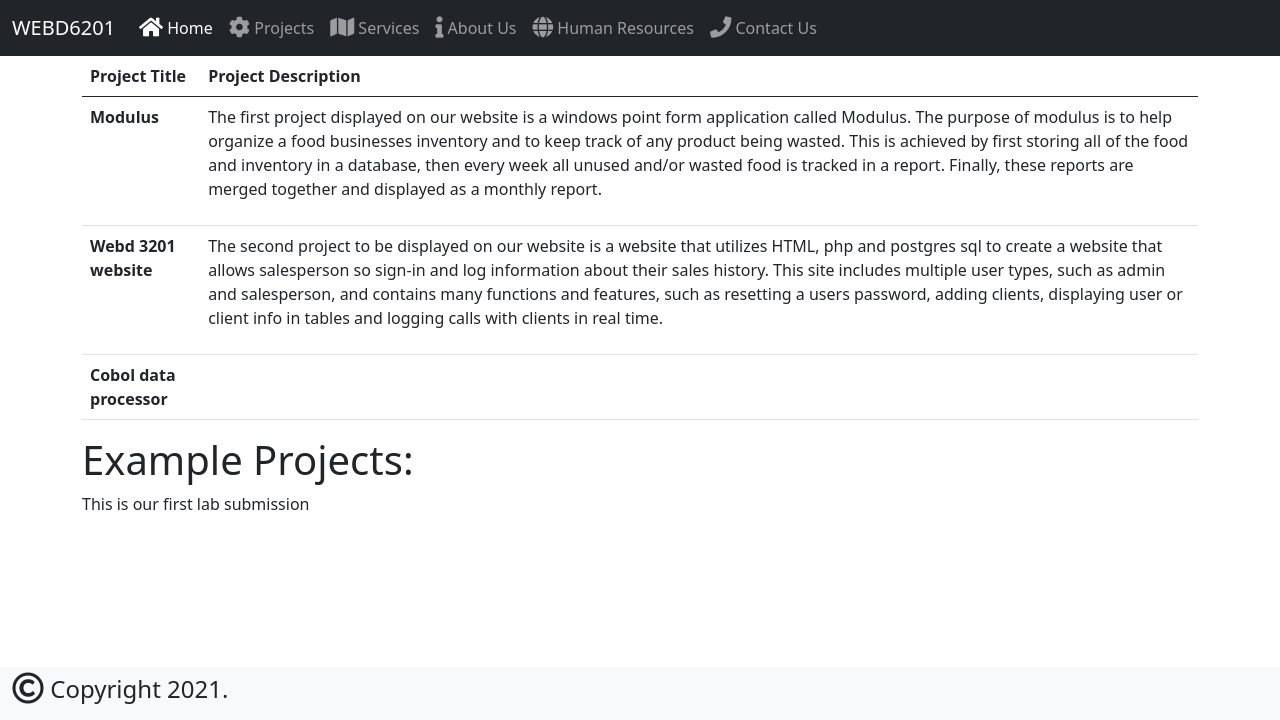
Repository: Sub4Sub/Lab_1
Page: products.html
The author's editor kept a copy of each file at every save. The page is drawn from the files as they stood at one save, then again after the next save.
The browser window is 1280 px wide. The pictures show the whole page.

Above is the page before, as saved 2021-02-05 16:25:07.

### products.html
<!DOCTYPE html>
<html lang="en">
<head>
    <meta charset="UTF-8">
    <meta name="viewport" content="width=device-width, initial-scale=1.0">
    <title>Products</title>
    <!-- CSS Section -->
    <link rel="stylesheet" href="./node_modules/bootstrap/dist/css/bootstrap.min.css">
    <link rel="stylesheet" href="./node_modules/@fortawesome/fontawesome-free/css/all.min.css">
    <link rel="stylesheet" href="./Content/app.css">
</head>
<body>
    <!-- Main Header -->

    <!-- Main Content -->
    <main class="container">
      <table class="table">
        <thead>
          <tr>
            <th scope="col">Project Title</th>
            <th scope="col">Project Description</th>
          </tr>
        </thead>
        <tbody>
          <tr>
            <th scope="row">Modulus</th>
            <td>
              <p>
                The first project displayed on our website is a windows point form application called Modulus. The purpose of modulus is to
                help organize a food businesses inventory and to keep track of any product being wasted. This is achieved by first storing all of
                the food and inventory in a database, then every week all unused and/or wasted food is tracked in a report. Finally,
                these reports are merged together and displayed as a monthly report.
              </p>
            </td>
          </tr>
          <tr>
            <th scope="row">Webd 3201 website</th>
            <td>
              <p>
                The second project to be displayed on our website is a website that utilizes HTML, php and postgres sql to create a website that
                 allows salesperson so sign-in and log information about their sales history. This site includes multiple user types, such as admin
                 and salesperson, and contains many functions and features, such as resetting a users password, adding clients, displaying user or client info in tables and
                 logging calls with clients in real time.
              </p>
            </td>
          </tr>
          <tr>
            <th scope="row">Cobol data processor</th>
            <td>

            </td>
          </tr>
        </tbody>
      </table>
    </main>



    <!-- Script Section-->
    <script src="./node_modules/jquery/dist/jquery.min.js"></script>
    <script src="./node_modules/bootstrap/dist/js/bootstrap.bundle.min.js"></script>
    <script src="./Scripts/app.js"></script>
</body>
</html>

### Scripts/app.js
/*
* Name: Brett Tindall & Emeka Okoisama
* Student Id: 100708109 &
* Date Completed: 2021-02-05
*/

"use strict";

//IIFE - Immediately Invoked Function Expression
(function()
{

    /*
      Function that displays the home page's content
    */
    function displayHome()
    {
        let indexHeading = document.createElement("h1");

        indexHeading.setAttribute("id", "indexHeading");
        indexHeading.textContent = `Welcome to lab 1`;

        let mainContent = document.querySelector("main");
        mainContent.appendChild(indexHeading);

        let newDivTag = document.createElement("div");
        newDivTag.innerHTML =
        `<h4>By Brett Tindall and Emeka Okoisama</h4>
        <p id="paragraphThree"> This is our first lab submission </p>`;


        mainContent.append(newDivTag);


    }

    function displayProjects()
    {
        let projectHeading = document.createElement("h1");

        projectHeading.setAttribute("id", "projectHeading");
        projectHeading.textContent = `Example Projects:`;

        let mainContent = document.querySelector("main");
        mainContent.appendChild(projectHeading);

        let newDivTag = document.createElement("div");
        newDivTag.innerHTML =
        `<p id="paragraphThree"> This is our first lab submission </p>`;


        mainContent.append(newDivTag);


    }

    /*
      Function that displays the contact page's content
    */
    function displayContact()
    {
      let contactHeading = document.createElement("h1");

      contactHeading.setAttribute("id", "contactHeading");
      contactHeading.textContent = "Enter a Contact";

      let mainContent = document.querySelector("main");
      mainContent.appendChild(contactHeading);

      let newDivTag = document.createElement("div");
      newDivTag.innerHTML =
      `<div id="messageArea"></div>

      <div class="row justify-content-lg-center g-3">
        <form class="col-lg-6 col-md-10 col-sm-10">

          <div class="input-group mb-3">
            <span class="input-group-text" id="inputGroup-sizing-default">Full Name </span>
            <input id="fullName" type="text" class="form-control" aria-label="Full Name" aria-describedby="Full Name Input"
            name="fullName" required>
          </div>

          <div class="input-group mb-3">
            <span class="input-group-text" id="inputGroup-sizing-default">Contact Number</span>
            <input id="contactNumber" type="tel" class="form-control" aria-label="Contact Number" aria-describedby="Contact Number Input"
            name="contactNumber" required>
          </div>

          <div class="input-group mb-3">
            <span class="input-group-text" id="inputGroup-sizing-default">Email</span>
            <input id="emailAddress" type="email" class="form-control" aria-label="Email Address" aria-describedby="Email Address Input"
            name="emailAddress" required>
          </div>

          <button id="sendButton" type="submit" class="btn btn-primary"><i class="fas fa-envelope fa-lg"></i> Send</button>
          <button id="cancelButton" type="reset" class="btn btn-warning"><i class="fas fa-undo fa-lg"></i> Cancel</button>
        </form>
      </div>`;

      mainContent.append(newDivTag);


      let sendButton = document.getElementById("sendButton");

        sendButton.addEventListener("click", function(event){

          window.location.href = './index.html';

        });

    }

    /*
      Function that displays the fixed footer at the bottom of the page
    */
   function displayHeader()
   {
     let mainContent = document.querySelector("body");

     //let sendButton = document.getElementById("body");

     let newFooterTag = document.createElement("header");

     newFooterTag.innerHTML =
     `
     <header>
      <!-- Main Navigation -->
      <nav class="navbar navbar-expand-lg navbar-dark bg-dark">
          <div class="container-fluid">
            <a class="navbar-brand" href="index.html">WEBD6201</a>
            <button class="navbar-toggler" type="button" data-bs-toggle="collapse" data-bs-target="#navbarSupportedContent" aria-controls="navbarSupportedContent" aria-expanded="false" aria-label="Toggle navigation">
              <span class="navbar-toggler-icon"></span>
            </button>
            <div class="collapse navbar-collapse" id="navbarSupportedContent">
              <ul class="navbar-nav me-auto mb-2 mb-lg-0" id ="headerList">
                <li class="nav-item">
                  <a class="nav-link active" aria-current="page" href="index.html"><i class="fas fa-home fa-lg"></i> Home</a>
                </li>

                <li class="nav-item">
                  <a class="nav-link" id="productsLink" aria-current="page" href="products.html"><i class="fas fa-cog fa-lg"></i> Products</a>
                </li>

                <li class="nav-item">
                  <a class="nav-link" aria-current="page" href="services.html"><i class="fas fa-map fa-lg"></i> Services</a>
                </li>

                <li class="nav-item" id="aboutUsList">
                  <a class="nav-link" id="aboutUsLink" aria-current="page" href="about.html"><i class="fas fa-info fa-lg"></i> About Us</a>
                </li>

                <li class="nav-item">
                  <a class="nav-link" aria-current="page" href="contact.html"><i class="fas fa-phone fa-lg"></i> Contact Us</a>
                </li>
              </ul>
            </div>
          </div>
        </nav>
  </header>
     `

     mainContent.prepend(newFooterTag);

   }

    /*
      Function that displays the fixed footer at the bottom of the page
    */
    function displayFooter()
    {
      let mainContent = document.querySelector("main");

      let newFooterTag = document.createElement("footer");

      newFooterTag.innerHTML =
      `
      <footer>
        <nav class="navbar fixed-bottom navbar-light bg-light">
            <div class="container-fluid">
              <h4><i class="far fa-copyright fa-lg"></i> Copyright 2021.</h4>
            </div>
          </nav>
    </footer>
      `

      mainContent.append(newFooterTag);

    }

    /*
      Function that adds a button to the human resources page
    */
    function addHumanResourcesButton()
    {

      let aboutUsLink = document.getElementById("aboutUsList");

      let newListItem = document.createElement("li");

      newListItem.innerHTML =
      `
      <li class="nav-item">
        <a class="nav-link" id="HumanResourcesLink" aria-current="page" href="human-resources.html"><i class="fas fa-globe fa-lg"></i> Human Resources</a>
      </li>
      `

      aboutUsLink.after(newListItem);

    }

    /*
      Function that changes the products button's text to projects
    */
   function alterProductsButton()
   {

    let productsButton = document.getElementById("headerList").childNodes[3];

    //productsButton.textContent = "Projects";

    let newListItem = document.createElement("li");

    newListItem.innerHTML =
   `
   <li class="nav-item">
               <a class="nav-link" aria-current="page" href="products.html"><i class="fas fa-cog fa-lg"></i> Projects</a>
             </li>
   `

    productsButton.replaceChild(newListItem, productsButton.childNodes[1]);

   }

   /*
      Function that run when the page loads
    */
    function Start()
    {
        console.log("App Started...");

        displayHeader();

        alterProductsButton();

        addHumanResourcesButton();

        switch (document.title)
        {
          case "Home":
              displayHome();
            break;
          case "About":
              displayAbout();
            break;
          case "Products":
              displayProjects();
            break;
          case "Services":
              displayServices();
            break;
          case "Contact":
              displayContact();
            break;
        }

    }

    displayFooter();

    window.addEventListener("load", Start);

})();

Loaded but not shown: node_modules/bootstrap/dist/css/bootstrap.min.css (library); node_modules/@fortawesome/fontawesome-free/css/all.min.css (library); node_modules/jquery/dist/jquery.min.js (library); node_modules/bootstrap/dist/js/bootstrap.bundle.min.js (library); Content/app.css (no stored copy; drawn as an empty file)

After the next save:
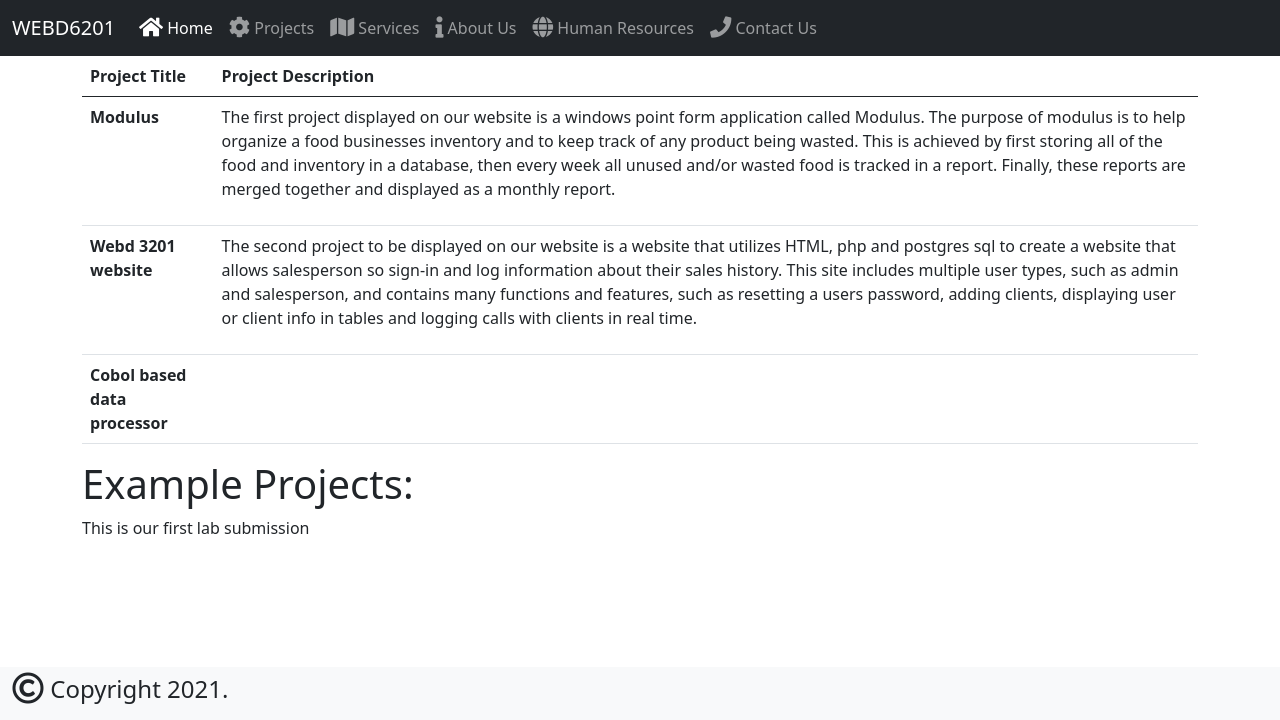
Saved 7 s later.
--- a/products.html
+++ b/products.html
@@ -45,7 +45,7 @@
             </td>
           </tr>
           <tr>
-            <th scope="row">Cobol data processor</th>
+            <th scope="row">Cobol based data processor</th>
             <td>
 
             </td>
